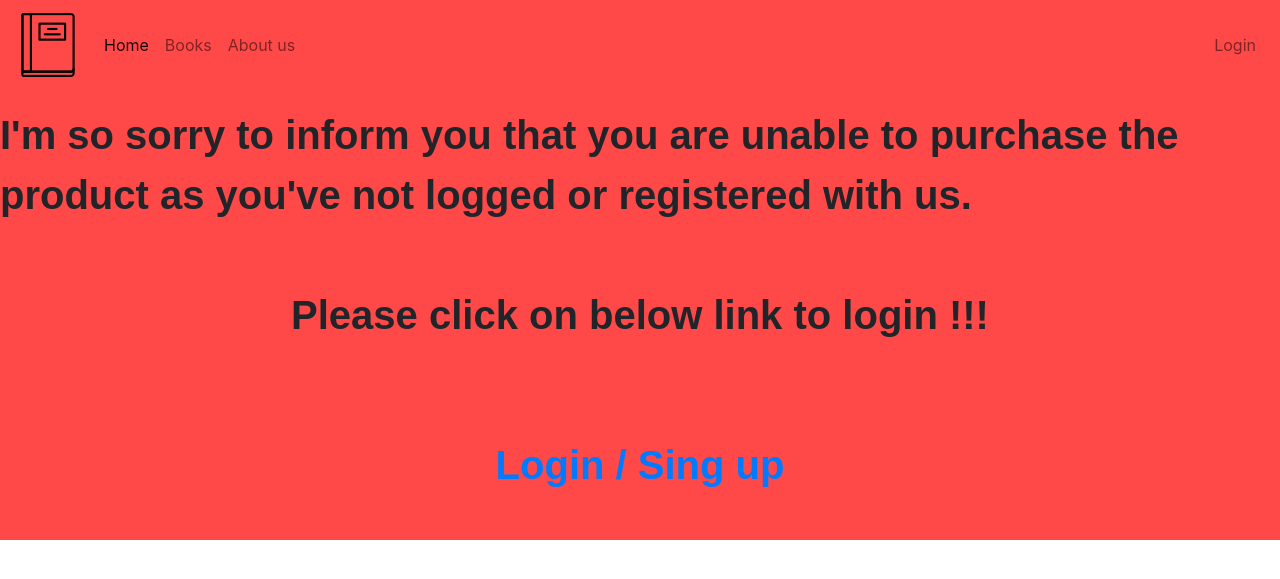
Repository: abhishekgandhi2398/BookStore
Page: http://localhost/BookStore/usernotlogin.jsp
These files come from the project's save history. The page is drawn as it stood at one moment and after the next save; the edit follows.
The browser window is 1280 px wide. The pictures show the whole page.
The page is served by Tomcat 9. Other server files are loaded and not shown.

Above is the page before, as saved 2019-12-07 08:27:30.
Console error (its wording comes from the project's code and is left out).

### ProjectJava/BookStore/WebContent/usernotlogin.jsp
<%@ page language="java" contentType="text/html; charset=ISO-8859-1"
    pageEncoding="ISO-8859-1"%>
<!DOCTYPE html>
<html>
<head>
<meta charset="ISO-8859-1">
<title>Insert title here</title>

<link rel="stylesheet" href="https://stackpath.bootstrapcdn.com/bootstrap/4.4.0/css/bootstrap.min.css">
<script src="https://stackpath.bootstrapcdn.com/bootstrap/4.4.0/js/bootstrap.min.js" ></script>


</head>
<body>



<nav class="navbar navbar-expand-lg navbar-light" style="background-color: #FF4948">
  <img src="img/logo.png" class="navbar-brand">
  <button class="navbar-toggler" type="button" data-toggle="collapse" data-target="#navbarTogglerDemo02" aria-controls="navbarTogglerDemo02" aria-expanded="false" aria-label="Toggle navigation">
    <span class="navbar-toggler-icon"></span>
  </button>

  <div class="collapse navbar-collapse" id="navbarTogglerDemo02">
    <ul class="navbar-nav mr-auto mt-2 mt-lg-0">
      <li class="nav-item active">
        <a class="nav-link" href="1.jsp">Home <span class="sr-only">(current)</span></a>
      </li>
      <li class="nav-item">
        <a class="nav-link" href="User_Products.jsp">Books</a>
      </li>
      <li class="nav-item">
        <a class="nav-link" href="#">About us</a>
      </li>
    </ul>

    <form class="form-inline my-2 my-lg-0">
        <ul class="navbar-nav mr-auto mt-2 mt-lg-0">

     <%
String q=(String)session.getAttribute("mobno");

if(q==null)
{
     %>
       <li class="nav-item">
        <a class="nav-link" href="ulogin.jsp">Login</a>
      </li>
<%}
else
{ %>
      <li class="nav-item">
        <a class="nav-link" href="vc.jsp">View Cart</a>
      </li>
      <li class="nav-item">
        <a class="nav-link" href="vieworderuser.jsp">View Orders</a>
      </li>
        <li class="nav-item">
        <a class="nav-link" href="ulogout.jsp">Logout</a>
      </li>

  <%      }


%>
      </ul>


    </form>
  </div>
</nav>




<div style="background-color: #FF4948; height: 150px; width: 100%;" class="d-flex justify-content-center  align-items-center">

		<b style="font-family: sans-serif; font-size: 30pt;">I'm so sorry to inform you that you are unable to purchase the product as you've not logged or registered with us.</b>

</div>

<div style="background-color: #FF4948; height: 150px; width: 100%;" class="d-flex justify-content-center  align-items-center">

		<b style="font-family: sans-serif; font-size: 30pt;">Please click on below link to login !!!</b>

</div>
<div style="background-color: #FF4948; height: 150px; width: 100%;" class="d-flex justify-content-center  align-items-center">

		<b style="font-family: sans-serif; font-size: 30pt;"><a href="ulogin.jsp">Login / Sing up</a></b>

</div>











</body>
</html>

After the next save:
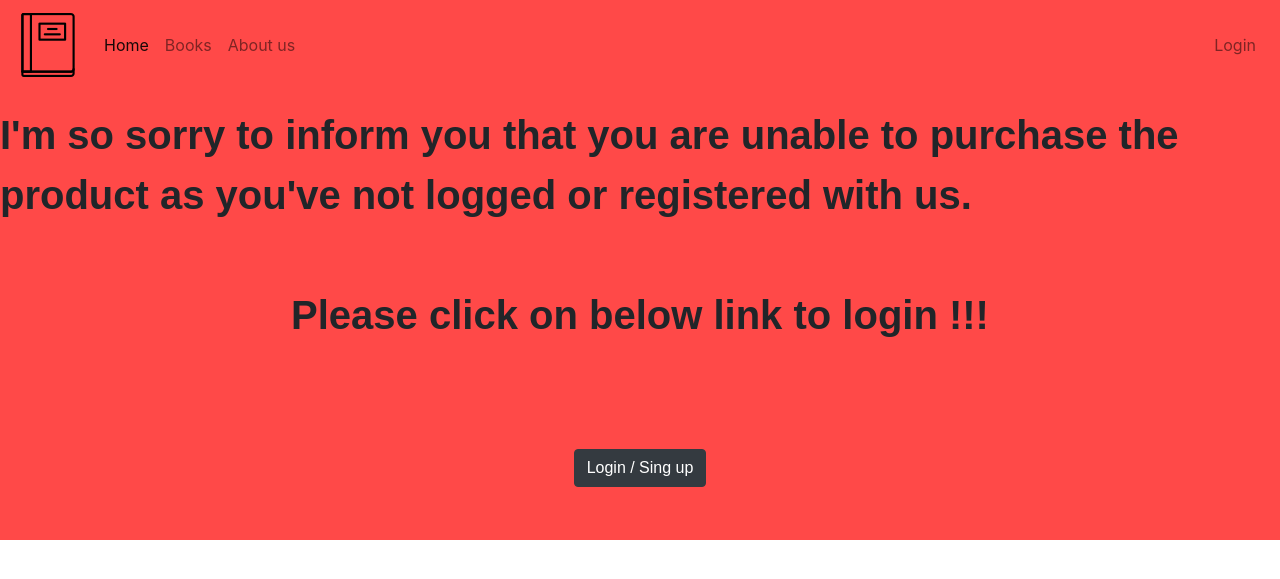
Saved 14 s later.
--- a/ProjectJava/BookStore/WebContent/usernotlogin.jsp
+++ b/ProjectJava/BookStore/WebContent/usernotlogin.jsp
@@ -86,7 +86,7 @@ else
 </div>
 <div style="background-color: #FF4948; height: 150px; width: 100%;" class="d-flex justify-content-center  align-items-center">
 
-		<b style="font-family: sans-serif; font-size: 30pt;"><a href="ulogin.jsp">Login / Sing up</a></b>
+		<b style="font-family: sans-serif; font-size: 30pt;"><a href="ulogin.jsp" class="btn btn-dark">Login / Sing up</a></b>
 
 </div>
 
@@ -94,11 +94,5 @@ else
 
 
 
-
-
-
-
-
-
 </body>
 </html>
